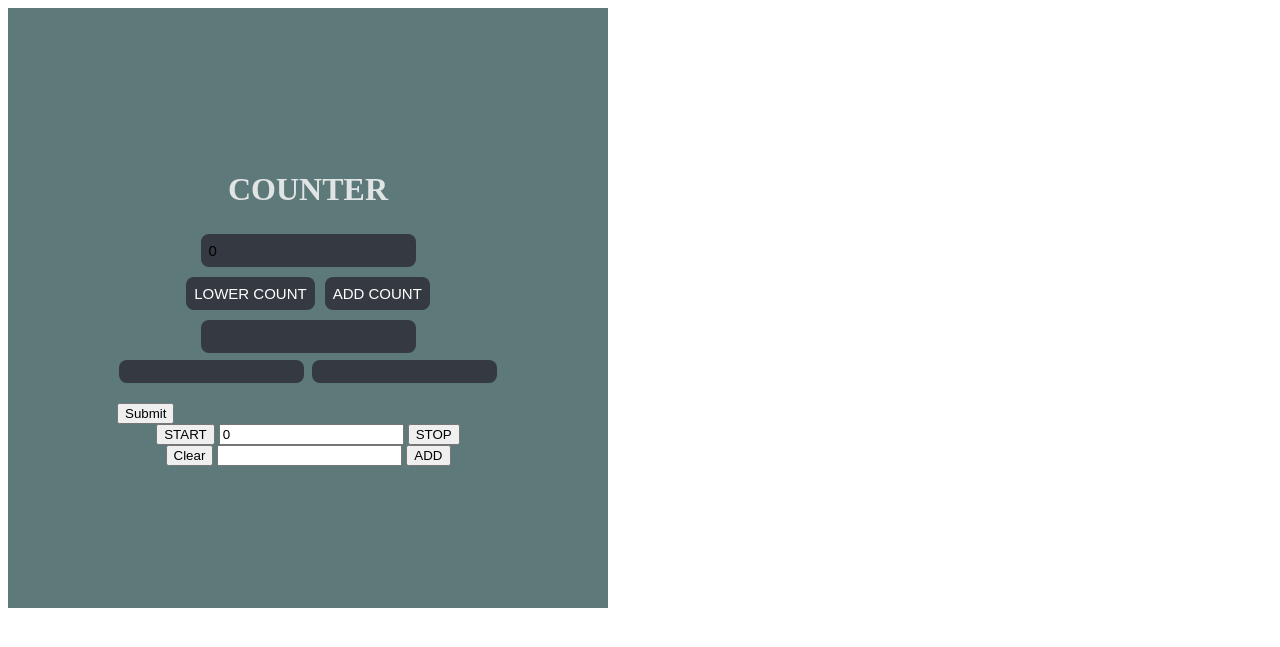
Repository: sedashahnazaryan/Caunter
Page: index.html
An editor plug-in stored every save of this project. The page is shown before and after the next save, followed by the edit.
The browser window is 1280 px wide. The pictures show the whole page.

Above is the page before, as saved 2022-02-15 01:38:23.

### index.html
<!DOCTYPE html>
<html lang="en">
<head>
    <meta charset="UTF-8">
    <meta http-equiv="X-UA-Compatible" content="IE=edge">
    <meta name="viewport" content="width=device-width, initial-scale=1.0">
    <title>Caunter</title>
    <link rel="stylesheet" href="./index.css">
</head>

<body>
    <div class="container">

        <h1 class="counter">COUNTER</h1>
    <input class="item1"id="input" type="text" value="0">
    <div class="btn-item">
        <button id="lower" onclick="">LOWER COUNT </button>
        <button id ="add">ADD COUNT</button>
    </div>

    <input id ="result" type="text">
    <div class="add-item">
        <input id="num1" type="text">
        <input id="num2" type="text">
        <br><br>
        <button id="submit">Submit</button>
    </div>

    <div class="item1">
        <button id ="start">START</button>
         <input id ="interval"value=0 type="text">
          <button id ="stop">STOP</button>
    </div>
    <div class="item2">
        <button id ="adding">Clear</button>
        <input id="result-fibo" type="text">
        <button id="add-fibo">ADD</button>
    </div>
</div>

   <script src="./index.js"></script>
</body>
</html>

### index.css




.container{
  display: flex;
  height: 600px;
  width: 600px;
  justify-content: center;
  align-items: center;
  background-color: rgb(94, 121, 121);
  flex-direction: column;
}

.counter{
color: rgba(243, 243, 243, 0.87);

}



.btn-item{
    display: flex;
    justify-content: center;

}
#add,#lower {
    background-color: #343942;
    color: white;
    padding: 8px;
    border-radius: 8px;
    border: none;
    font-size: 15px;
    margin: 5px;
    cursor: pointer;

}
/* #lower {
    background-color: #498AFB;
    color: white;
    padding: 8px;
    border-radius: 8px;
    border: none;
    font-size: 15px;
    cursor: pointer; */

           #input{
        background-color: #343942;
        /* color: white; */
        padding: 8px;
        border-radius: 8px;
        border: none;
        font-size: 15px;
        margin: 5px;
        cursor: pointer;
    }
    #result{
        background-color: #343942;
        padding: 8px;
        border-radius: 8px;
        border: none;
        font-size: 15px;
        margin: 5px;
        cursor: pointer;
    }
    #num1,#num2{
        background-color: #343942;
        padding: 4px;
        border-radius: 8px;
        border: none;
         margin: 2px;
        cursor: pointer;

    }

### index.js
let counterDisplayElem = document.getElementById('input');
let counterMinusElem = document.getElementById('lower');
let counterPlusElem = document.getElementById('add');
let result=document.getElementById('result');
let num1 =document.getElementById('num1');
let num2 =document.getElementById('num2');
let submit=document.getElementById('submit');
let number = 0;



counterPlusElem.addEventListener("click",()=>{
    counterDisplayElem.value++;
}) ;

counterMinusElem.addEventListener("click",()=>{
    counterDisplayElem.value--;
});

function curry(a){
    return function(b){
       return a+b;
    }

};
submit.addEventListener('click',()=>{
result.value=curry(+num1.value)(+num2.value);

});
function fibonacci(num){
    if(num<=1){
        return num;

    }
      return fibonacci(num-1)+fibonacci(num-2);
    //   0,1,1,2,3,5,8,13,21-8րդ թիվն է
}
document.getElementById("add-fibo").addEventListener('click',()=>{
    document.getElementById('result-fibo').value+=fibonacci(number);
    number++;


    })

    document.getElementById("adding").addEventListener("click", ()=>{
        document.getElementById("result-fibo").value = "";
        number=0;
      });

      let interval;
      function starting(){
      interval=setInterval(() => {
          document.getElementById('interval').value++;

      }, 500)};

      function off(){
        clearInterval(interval);
        document.getElementById('interval').value="";

      }
      document.getElementById('start').addEventListener('click',starting)


      document.getElementById('stop').addEventListener('click',off);

After the next save:
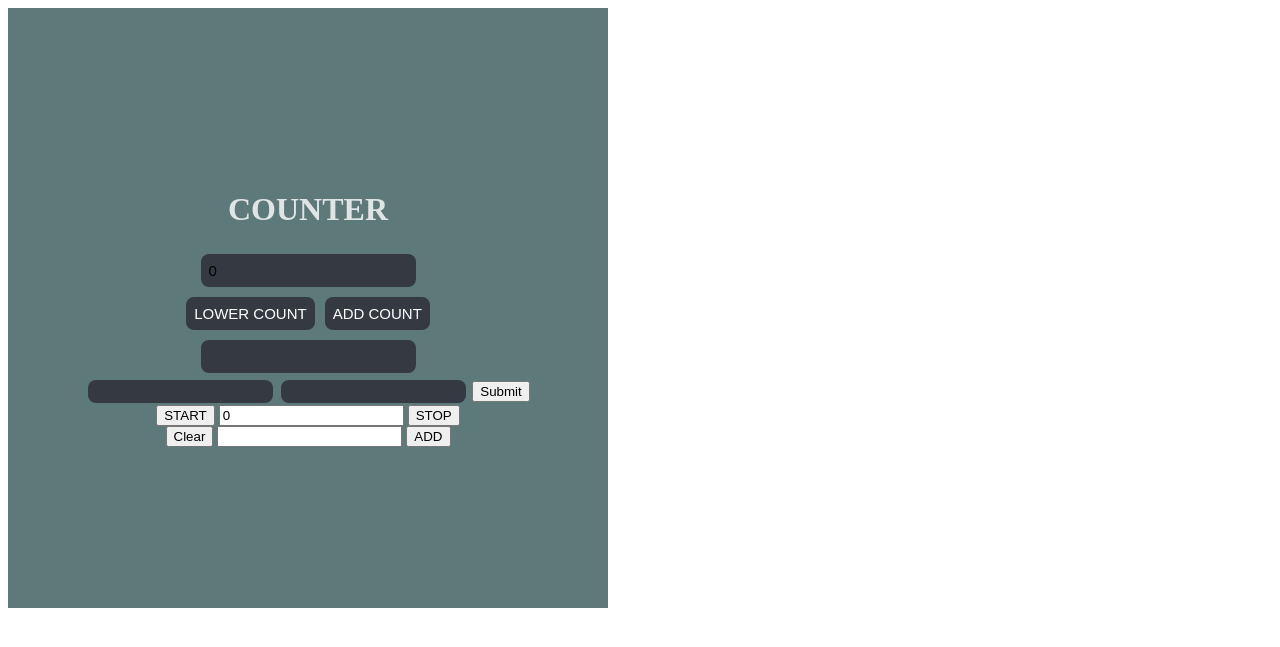
Saved 6 s later.
--- a/index.html
+++ b/index.html
@@ -22,7 +22,7 @@
     <div class="add-item">
         <input id="num1" type="text">
         <input id="num2" type="text">
-        <br><br>
+
         <button id="submit">Submit</button>
     </div>
 
